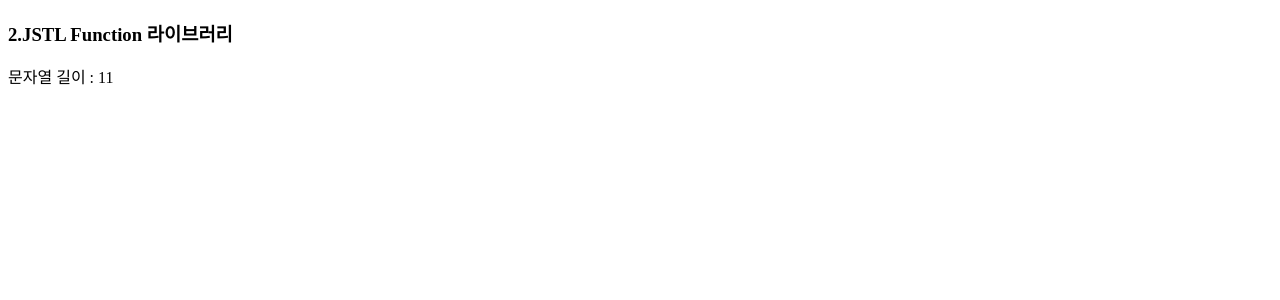
Repository: donghobu/JSP
Page: http://localhost/Ch12/12-2.jsp
These files come from the project's save history. The page is drawn as it stood at one moment and after a run of saves; the edit follows.
The browser window is 1280 px wide. The pictures show the whole page.
The page is served by Tomcat 9.

Above is the page before, as saved 2020-07-13 03:21:20.

After the next 2 saves:
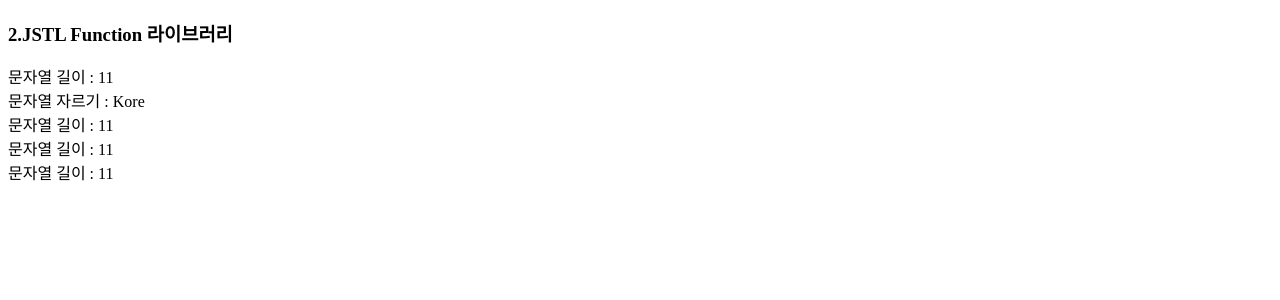
The 2 saves are shown as one change because 1 did not build or start.
The last was saved 51 s later.
--- a/Ch12/WebContent/12-2.jsp
+++ b/Ch12/WebContent/12-2.jsp
@@ -13,7 +13,11 @@
 	<c:set var="str" value="Hello Korea" />
 
 	<p>
-		문자열 길이 : ${fn:length(str)}
+		문자열 길이 : ${fn:length(str)} <br/>
+		문자열 자르기 : ${fn:substring(str, 6, 10)} <br/>
+		문자열 길이 : ${fn:length(str)} <br/>
+		문자열 길이 : ${fn:length(str)} <br/>
+		문자열 길이 : ${fn:length(str)} <br/>
 
 	</p>
 </body>
